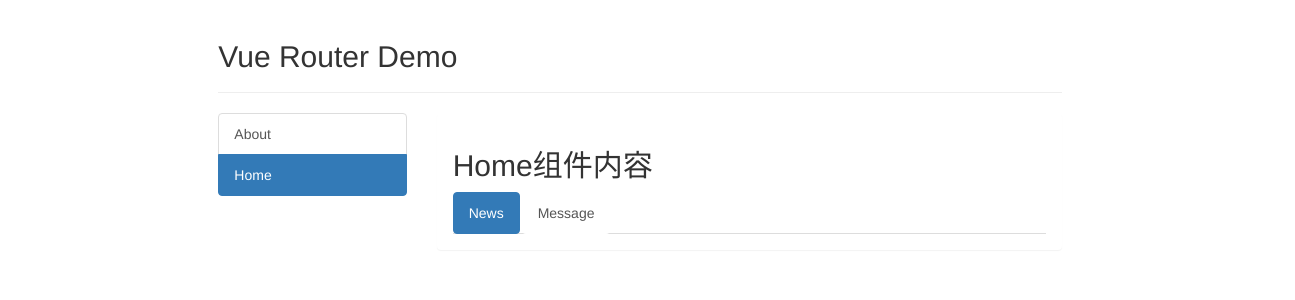
Repository: Crow7277/Vue2-
Page: /#/home
The author's editor kept a copy of each file at every save. The page is drawn from the files as they stood at one save, then again after a run of saves.
The browser window is 1280 px wide. The page is 1295 px wide, so the pictures cover 1295 px, including what lies to the right of the window. The pictures show the whole page.
The project was rebuilt for these pictures with package versions that can differ from the ones it lists, and the page was loaded fresh each time. Also part of the build but not shown: vue.config.js, src/pages/About.vue, src/pages/News.vue, src/pages/Message.vue.

Above is the page before, as saved 2022-04-09 17:54:31.

After the next 6 saves:
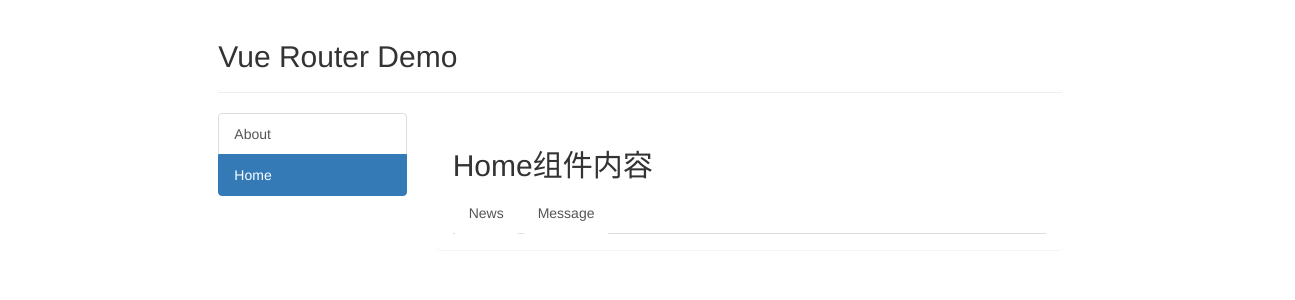
The 6 saves are shown as one change because 3 did not build or start and some came seconds apart.
The last was saved 102 s later.
--- a/src/pages/Home.vue
+++ b/src/pages/Home.vue
@@ -4,10 +4,10 @@
         <div>
             <ul class="nav nav-tabs">
                 <li>
-                    <a class="list-group-item active" href="./home-news.html">News</a>
+                    <router-link class="list-group-item" active-class="active" to="./home-news.html">News</router-link>
                 </li>
                 <li>
-                    <a class="list-group-item" href="./home-message.html">Message</a>
+                    <router-link class="list-group-item" active-class="active" to="./home-message.html">Message</router-link>
                 </li>
             </ul>
         </div>
